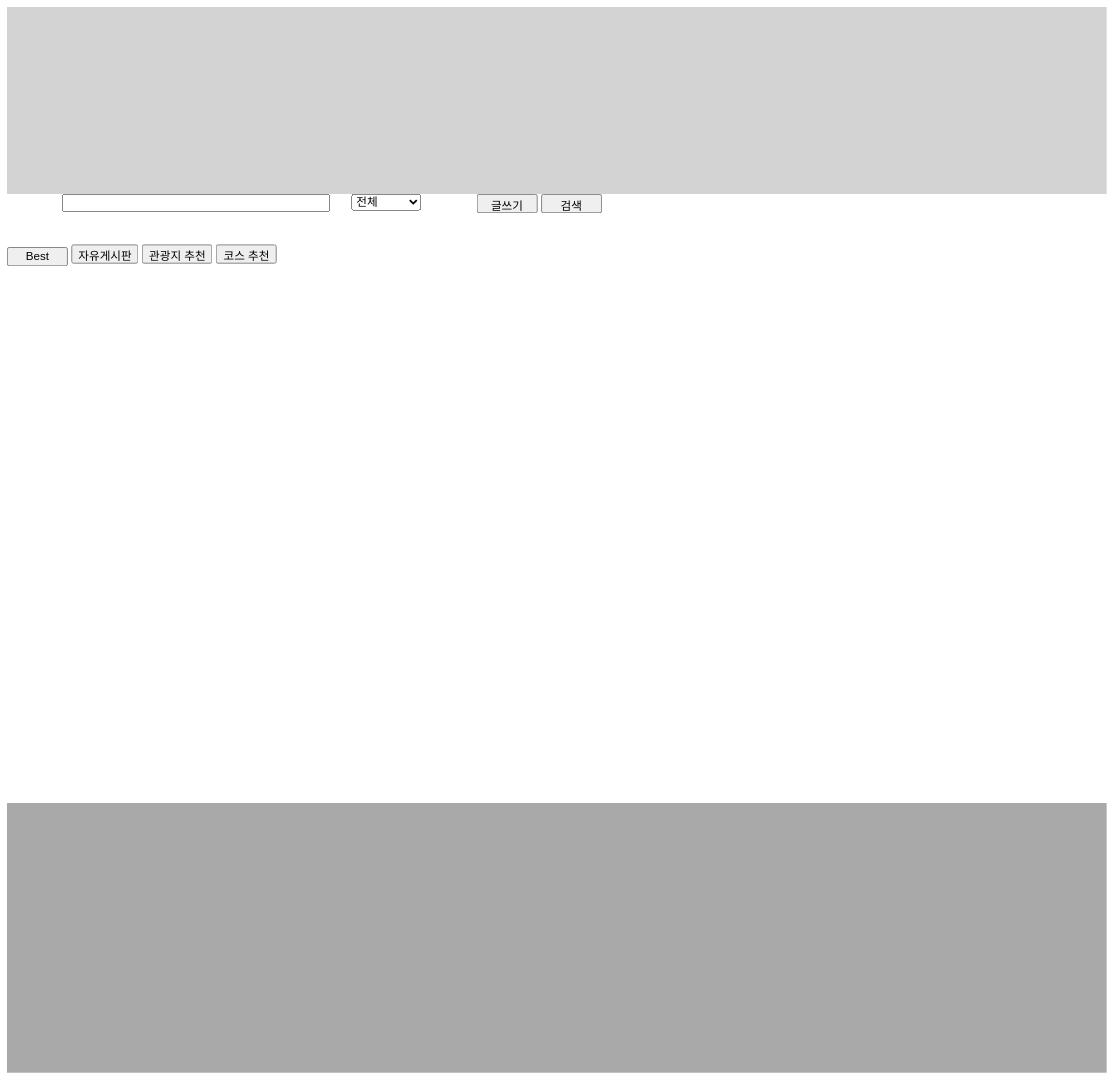
Repository: HJCroCat/project4
Page: http://localhost/koravle/boardMain.jsp
The author's editor kept a copy of each file at every save. The page is drawn from the files as they stood at one save, then again after a run of saves.
The browser window is 1280 px wide. The pictures show the whole page, at 87% of full size.
The page is served by Tomcat 9. Nobody is signed in. The application's start-up code is not run.

Above is the page before, as saved 2021-12-10 10:06:12.

After the next 2 saves:
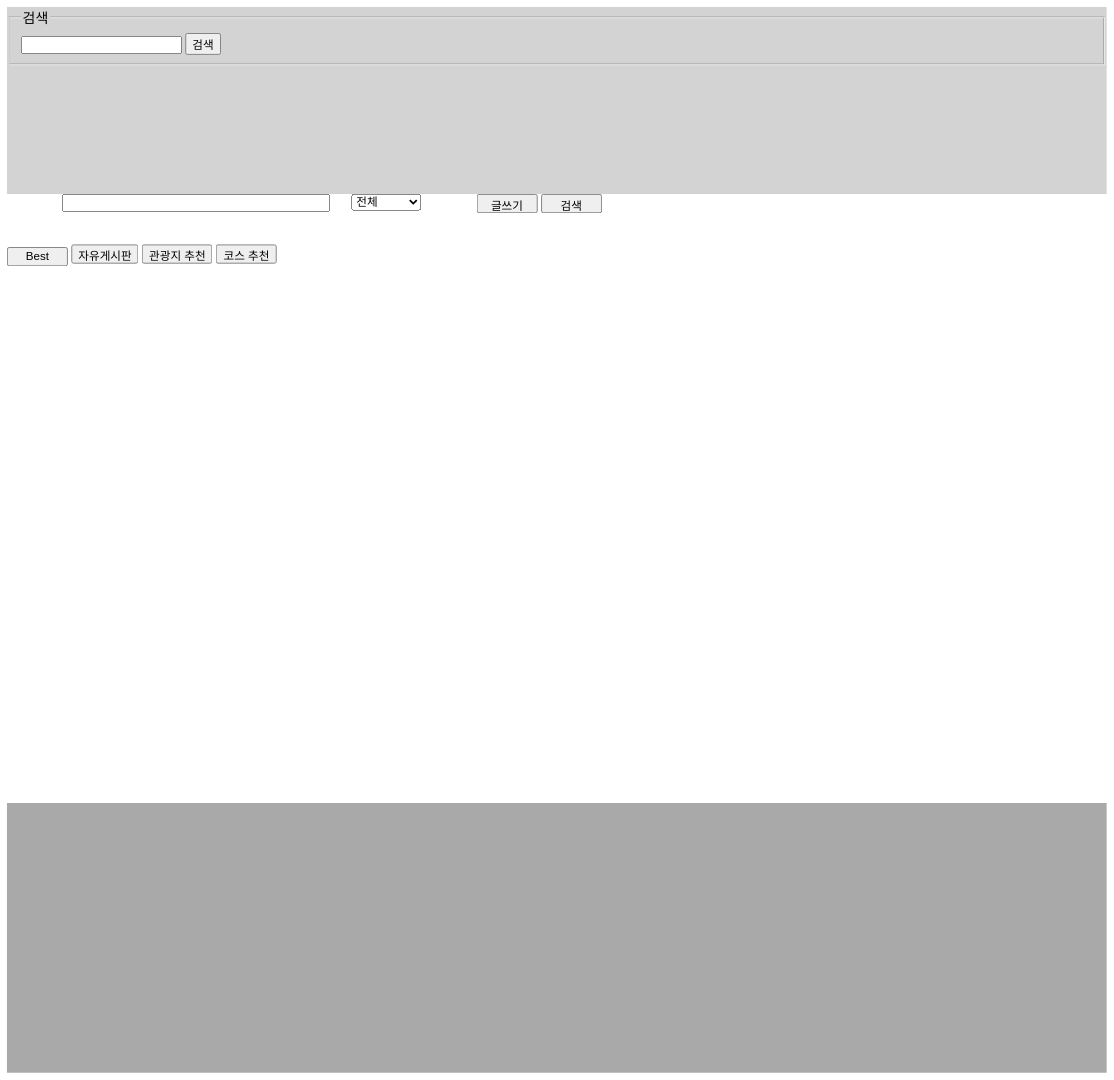
The 2 saves are shown as one change because they came seconds apart.
The last was saved 2 min 30 s later.
--- a/koravle/koravle/src/main/webapp/boardMain.jsp
+++ b/koravle/koravle/src/main/webapp/boardMain.jsp
@@ -12,6 +12,17 @@
 </head>
 <body>
 	<header>
+		<form>
+	      <fieldset>
+	        <legend class="visually-hidden">검색</legend>
+	        <div class="search_box">
+	          <input type="text" maxlength="225" tabindex="1" />
+	          <button type="submit" tabindex="2">
+	            	검색
+	          </button>
+	        </div>
+	      </fieldset>
+	    </form>
 
 	</header>
 
